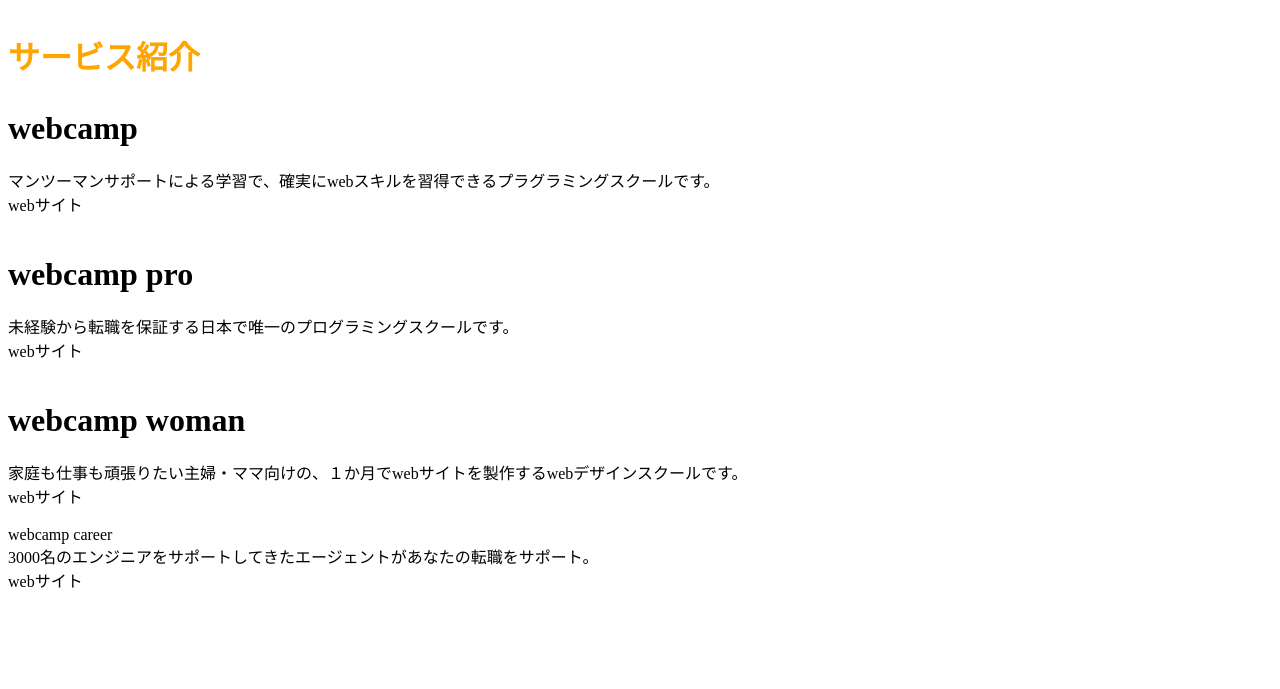
Repository: YasuyoshiSakai/kadai1
Page: sample/ensyuu.html
The author's editor kept a record of every edit. The page is drawn from the files as they stood at one moment, then again after the next edit.
The browser window is 1280 px wide. The pictures show the whole page.

Above is the page before.

After the next edit:
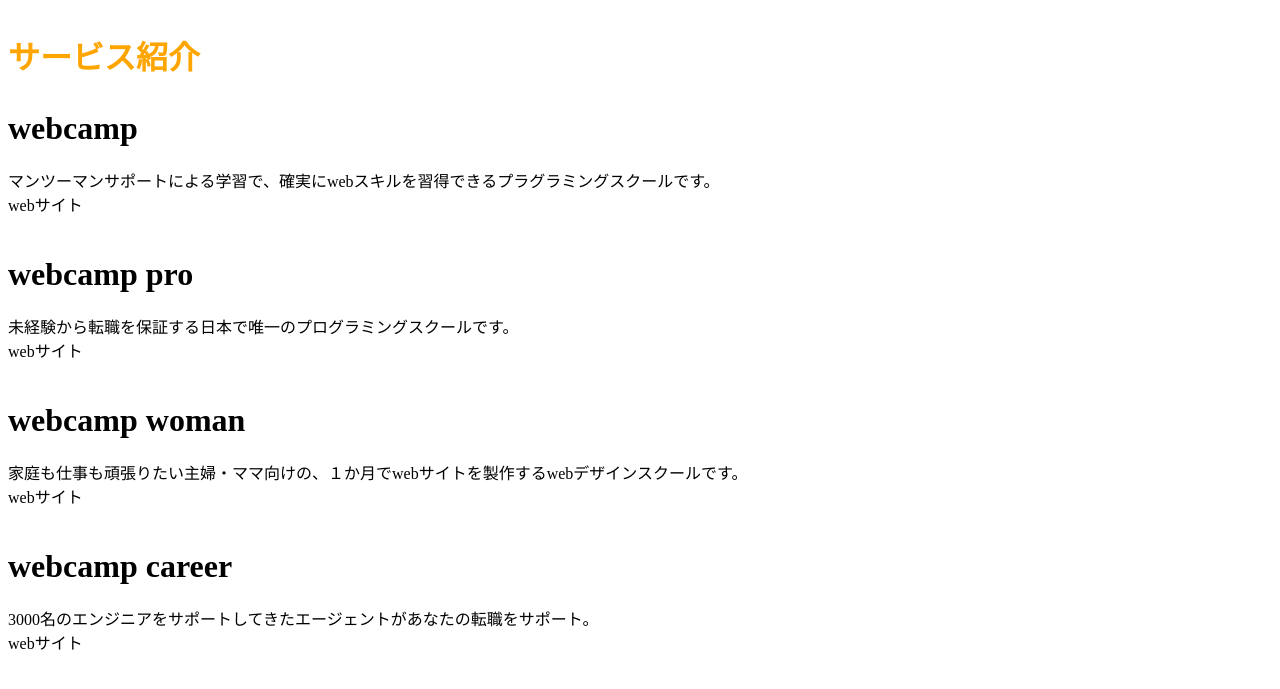
The edit:
--- a/sample/ensyuu.html
+++ b/sample/ensyuu.html
@@ -21,7 +21,7 @@
 家庭も仕事も頑張りたい主婦・ママ向けの、１か月でwebサイトを製作するwebデザインスクールです。<br>
 webサイト<br>
 <br>
-webcamp career<br>
+<h1>webcamp career</h1>
 3000名のエンジニアをサポートしてきたエージェントがあなたの転職をサポート。<br>
 webサイト<br>
 <br>
